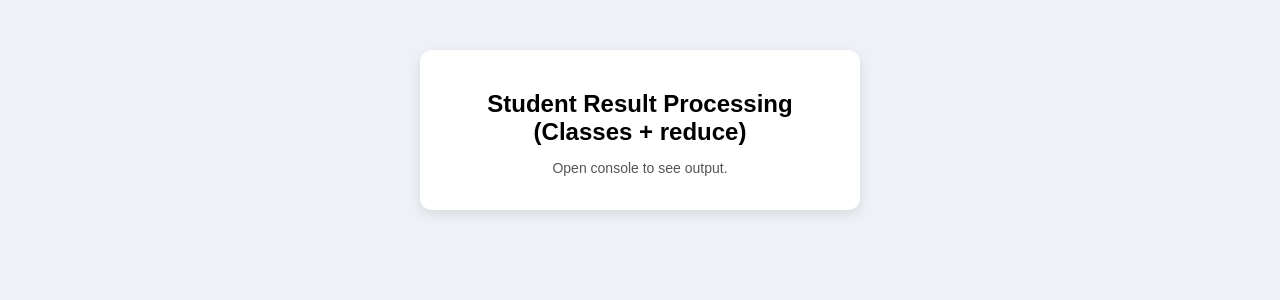
Repository: AdityaTech-Pro/FullStackWithBridgelabz
Page: JavaScript/Assignment8/Student Result Processing/index.html
These files come from the project's save history. The page is drawn as it stood at one moment and after the next save; the edit follows.
The browser window is 1280 px wide. The pictures show the whole page.

Above is the page before, as saved 2025-11-24 10:07:20.
Console error: SyntaxError: Unexpected token '{'

After the next save:
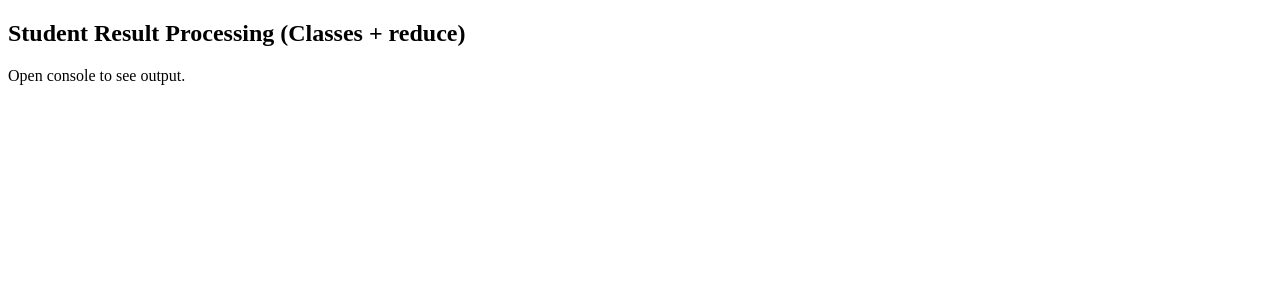
Saved 8 s later.
--- a/JavaScript/Assignment8/Student Result Processing/index.html
+++ b/JavaScript/Assignment8/Student Result Processing/index.html
@@ -5,7 +5,7 @@
     <meta charset="UTF-8" />
     <meta name="viewport" content="width=device-width, initial-scale=1.0" />
     <title>Student Result Processing</title>
-    <link rel="stylesheet" href="./style.css" />
+    <link rel="stylesheet" href="./" />
 </head>
 
 <body>

After the 3 saves that followed:
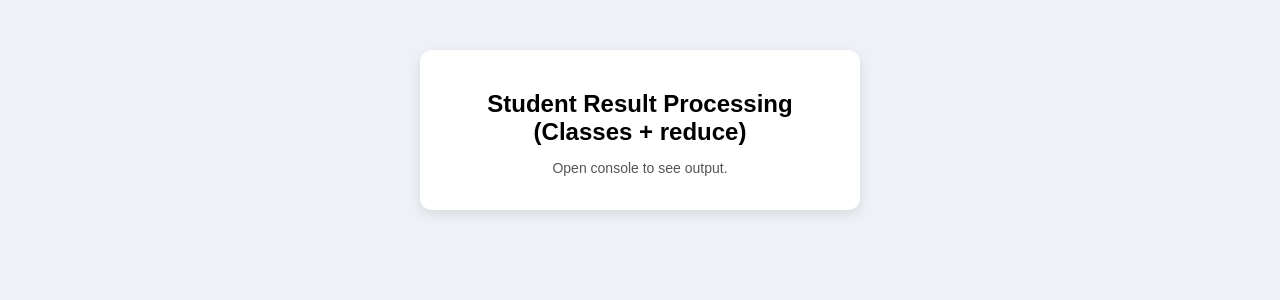
The 3 saves are shown as one change because 1 left the picture as it was and some came seconds apart.
The last was saved 27 s later.
--- a/JavaScript/Assignment8/Student Result Processing/index.html
+++ b/JavaScript/Assignment8/Student Result Processing/index.html
@@ -5,7 +5,7 @@
     <meta charset="UTF-8" />
     <meta name="viewport" content="width=device-width, initial-scale=1.0" />
     <title>Student Result Processing</title>
-    <link rel="stylesheet" href="./" />
+    <link rel="stylesheet" href="style.css" />
 </head>
 
 <body>
